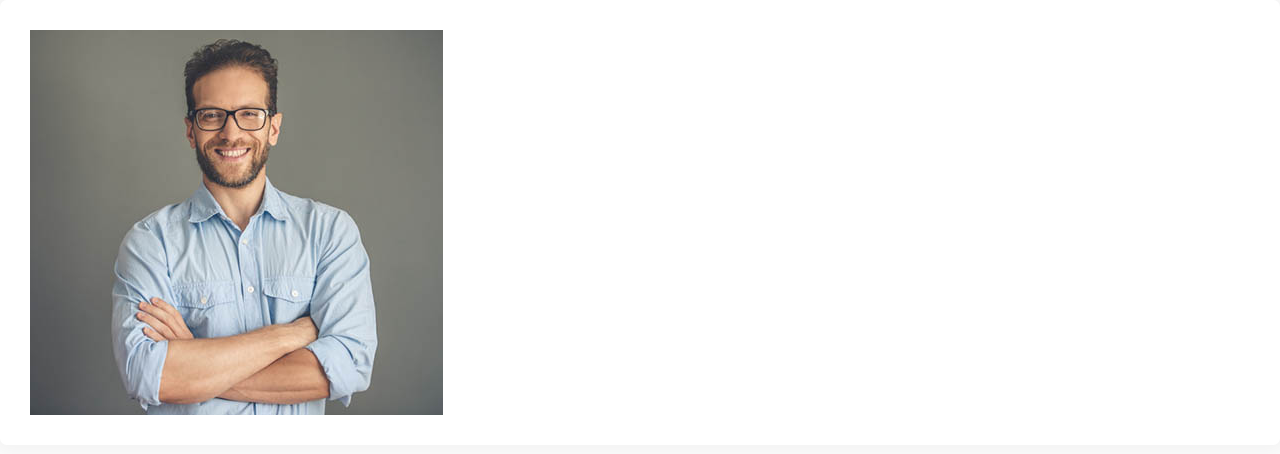
Repository: LeonUIO/first_website
Page: index.html
An editor plug-in stored every save of this project. The page is shown before and after a run of saves, followed by the edit.
The browser window is 1280 px wide. The pictures show the whole page.

Above is the page before, as saved 2021-04-05 11:44:16.

### index.html
<!DOCTYPE html>
<html lang="en">
  <head>
    <meta charset="UTF-8" />
    <meta
      name="viewport"
      content="width=device-width, user-scalable=no, initial-scale=1.0, maximum-scale=1.0, minimum-scale=1.0"
    />
    <meta http-equiv="X-UA-Compatible" content="ie=edge" />
    <title>Document</title>
    <link rel="stylesheet" href="css/normalize.css" />
    <link rel="stylesheet" href="css/styles.css" />
  </head>
  <body>
    <div class="card testimonial">
      <div class="grid grid--cols-2">
        <img class='tesimoial__image' src="./images/testimonial.jpg" alt="A happy man." />
        <div style="height:100px; "></div>
      </div>
    </div>
  </body>
</html>

### css/styles.css
:root {
  --color-primary: #2584ff;
  --color-secondary: #00d9ff;
  --color-accent: #ff3400;
  --color-headings: #1b0760;
  --color-body: #918ca4;
  --color-body-darker: #5c5577;
  --color-border: #ccc;
  --border-radius: 30px;
}

*,
*::after,
*::before {
  box-sizing: border-box;
}

/* Typography */
html {
  font-size: 62.5%;
}

body {
  font-family: Inter, arial, helvetica, sans-serif;
  color: var(--color-body);
  font-size: 2.4rem;
  line-height: 1.5;
}

h1,
h2,
h3 {
  color: var(--color-headings);
  margin-bottom: 1rem;
}

h1 {
  font-size: 7rem;
}

h2 {
  font-size: 4rem;
}

h3 {
  font-size: 3rem;
}

@media screen and (min-width: 1024px) {
  body {
    font-size: 1.8rem;
  }

  h1 {
    font-size: 8rem;
  }

  h2 {
    font-size: 4rem;
  }

  h3 {
    font-size: 2.4rem;
  }
}

/* Links */
a {
  text-decoration: none;
}

.link-arrow {
  color: var(--color-accent);
  font-size: 2rem;
  font-weight: bold;
}

.link-arrow::after {
  content: "-->";
  margin-left: 5px;
  transition: margin-left 0.15s;
}

.link-arrow:hover::after {
  margin-left: 10px;
}

@media screen and (min-width: 1024px) {
  .link-arrow {
    font: size 1.5em;
  }
}

/* Badges */
.badge {
  white-space: nowrap;
  padding: 0.5rem 2rem;
  font-weight: 600;
  border-radius: 20px;
  font-size: 2rem;
}

.badge--primary {
  background: var(--color-primary);
  color: #fff;
}

.badge--secondary {
  background: var(--color-secondary);
  color: #fff;
}

.badge--small {
  font-size: 1.6rem;
}

@media screen and (min-width: 1024px) {
  .badge {
    font-size: 1.5rem;
  }

  .badge--small {
    font-size: 1.2rem;
  }
}

/* Lists */
.list {
  list-style: none;
  color: var(--color-headings);
  padding-left: 0;
}

.list--inline .list__item {
  display: inline-block;
  margin-right: 2rem;
}

.list--tick {
  list-style-image: url(../images/tick.svg);
  padding-left: 3rem;
}

.list--tick .list__item {
  margin-bottom: 1rem;
  padding-left: 0.5rem;
}

@media screen and (min-width: 1024px) {
  .list--tick .list__item {
    padding-left: 0;
  }
}

/* Icons */
.icon {
  width: 40px;
  height: 40px;
}

.icon--primary {
  fill: var(--color-primary);
}

.icon-container {
  width: 64px;
  height: 64px;
  border-radius: 100%;
  background: #f3f9fa;
  display: inline-flex;
  justify-content: center;
  align-items: center;
}

/* Buttons */
.btn {
  border-radius: 40px;
  border: 0;
  cursor: pointer;
  font-size: 1.8rem;
  font-weight: 600;
  margin: 1rem 0;
  padding: 2rem 3rem;
  text-transform: uppercase;
  text-align: center;
  white-space: nowrap;
}

.btn--primary {
  background: var(--color-primary);
  color: #fff;
}

.btn--primary:hover {
  background: #3a8ffd;
}

.btn--secondary {
  background: var(--color-secondary);
  color: #fff;
}

.btn--secondary:hover {
  background: #00c8eb;
}

.btn--accent {
  background: var(--color-accent);
  color: #fff;
}

.btn--accent:hover {
  background: #ec3000;
}

.btn--block {
  width: 100%;
  display: inline-block;
}

.btn--outline {
  background: #fff;
  color: var(--color-headings);
  border: 2px solid var(--color-headings);
}

.btn--outline:hover {
  background: var(--color-headings);
  color: #fff;
}

@media screen and (min-width: 1024px) {
  .btn {
    font-size: 1.5rem;
  }
}

/* Inputs */
.input {
  border-radius: var(--border-radius);
  border: 1px solid var(--color-border);
  color: var(--color-headings);
  font-size: 2rem;
  outline: 0;
  padding: 1.5rem 3.5rem;
}

::placeholder {
  color: #cdcbd7;
}

.input-group {
  border-radius: var(--border-radius);
  border: 2px solid var(--color-border);
  display: flex;
}

.input-group .input {
  border: 0;
  flex-grow: 1;
  padding: 1.5rem 1rem;
}

.input-group .btn {
  margin: 4px;
}

@media screen and (min-width: 1024px) {
  .input {
    font-size: 1.5rem;
  }
}

/* Cards */
.card {
  border-radius: 7px;
  box-shadow: 0 0 20px 10px #f3f3f3;
  overflow: hidden;
}

.card__header,
.card__body {
  padding: 2rem 3rem;
}

.card--primary .card__header {
  background: var(--color-primary);
  color: #fff;
}

.card--secondary .card__header {
  background: var(--color-secondary);
  color: #fff;
}

/* Plans */
.plan__name {
  color: #fff;
  margin: 0;
  font-weight: 500;
  font-size: 2.4rem;
}

.plan__price {
  font-size: 6rem;
}

.plan__billing-cycle {
  font-size: 2.4rem;
  font-weight: 300;
  opacity: 0.8;
  margin-right: 1rem;
}

.plan__description {
  font-size: 2rem;
  font-weight: 300;
  letter-spacing: 1px;
  display: block;
}

.plan .list__item {
  margin-bottom: 2rem;
}

.plan--popular .card__header {
  position: relative;
}

.plan--popular .card__header::before {
  content: url(../images/popular.svg);
  width: 40px;
  display: inline-block;
  position: absolute;
  top: -6px;
  right: 5%;
}

@media screen and (min-width: 1024px) {
  .plan__name {
    font-size: 1.4rem;
  }

  .plan__price {
    font-size: 5rem;
  }

  .plan__billing-cycle {
    font-size: 1.6rem;
  }

  .plan__description {
    font-size: 1.7rem;
  }
}

/* Media */
.media {
  display: flex;
}

.media__title {
  margin-top: 0;
}

.media__body {
  margin: 0 2rem;
}

.media__image {
  margin-top: 1rem;
}

/* Quotes */
.quote {
  font-size: 3rem;
  color: var(--color-body-darker);
  font-style: italic;
  line-height: 1.3;
}

.quote__text::before {
  content: open-quote;
}

.quote__text::after {
  content: close-quote;
}

.quote__footer {
  font-style: normal;
}

.quote--line {
  position: relative;
  bottom: 10px;
}

.quote__author {
  font-size: 3rem;
  font-weight: 500;
  margin-bottom: 0;
}

.quote__company {
  color: var(--color-headings);
  margin-top: 0;
  font-size: 2rem;
  opacity: 0.4;
}

@media screen and (min-width: 1024px) {
  .quote {
    font-size: 2rem;
  }

  .quote__author {
    font-size: 2.4rem;
  }

  .quote__company {
    font-size: 1.6rem;
  }
}

/* Grids */
.grid {
  display: grid;
}

@media screen and (min-width: 768px) {
  .grid--cols-2 {
    grid-template-columns: repeat(2, 1fr);
  }
}
@media screen and (min-width: 1024px) {
  .grid--cols-3 {
    grid-template-columns: repeat(3, 1fr);
  }
}

/* Testimonial */
.testimonial {
  padding: 3rem;
}

.testimonial__image {
  width: 100%;
}

Loaded but not shown: css/normalize.css (library)

After the next 4 saves:
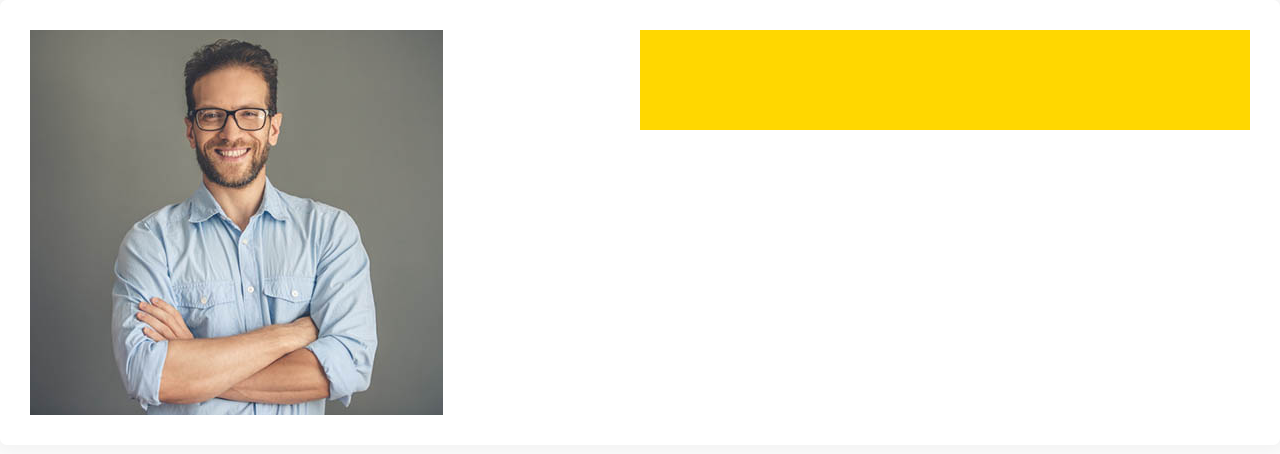
The 4 saves are shown as one change because they came seconds apart.
The last was saved 9 s later.
--- a/index.html
+++ b/index.html
@@ -14,8 +14,12 @@
   <body>
     <div class="card testimonial">
       <div class="grid grid--cols-2">
-        <img class='tesimoial__image' src="./images/testimonial.jpg" alt="A happy man." />
-        <div style="height:100px; "></div>
+        <img
+          class="tesimoial__image"
+          src="./images/testimonial.jpg"
+          alt="A happy man."
+        />
+        <div style="height: 100px; background: gold"></div>
       </div>
     </div>
   </body>
